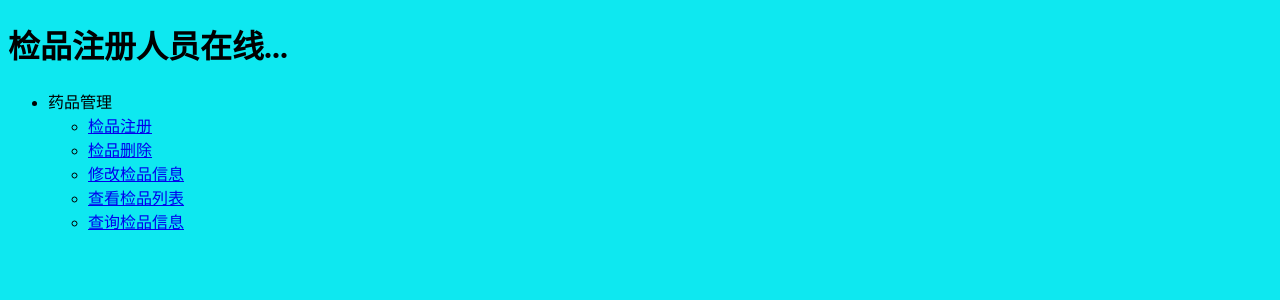
Repository: Shaoxubao/Java
Page: http://localhost/msm/jsp/sample/regi_menu.jsp
An editor plug-in stored every save of this project. The page is shown before and after the next save, followed by the edit.
The browser window is 1280 px wide. The pictures show the whole page.
The page is served by Tomcat 9. Nobody is signed in. The application's start-up code is not run. Other server files are loaded and not shown.

Above is the page before, as saved 2015-06-10 08:05:48.

### msm/WebContent/jsp/sample/regi_menu.jsp
<%@ page language="java" contentType="text/html; charset=UTF-8"
    pageEncoding="UTF-8"%>
<!DOCTYPE html PUBLIC "-//W3C//DTD HTML 4.01 Transitional//EN" "http://www.w3.org/TR/html4/loose.dtd">
<html>
<head>
<meta http-equiv="Content-Type" content="text/html; charset=UTF-8">
<title>检品注册人员</title>
</head>
<body bgcolor="＃E8E8FF">
    <h1>检品注册人员在线...</h1>
    <div>
      <ul>
        <li>药品管理</li>
        <ul>
           <!-- <li><a href="add_sample.jsp" target="main">检品注册</a></li>-->
          <li><a href="<%=request.getContextPath()%>/samplem/addsample" target="main">检品注册</a></li>
          <li><a href="<%=request.getContextPath()%>/samplem/deletesample" target="main">检品删除</a></li>
          <li><a href="<%=request.getContextPath()%>/samplem/update" target="main">修改检品信息</a></li>
          <li><a href="<%=request.getContextPath()%>/samplem/samples" target="main">查看检品列表</a></li>
          <li><a href="<%=request.getContextPath()%>/samplem/show" target="main">查询检品信息</a></li>
        </ul>
      </ul>
    </div>
</body>
</html>

After the next save:
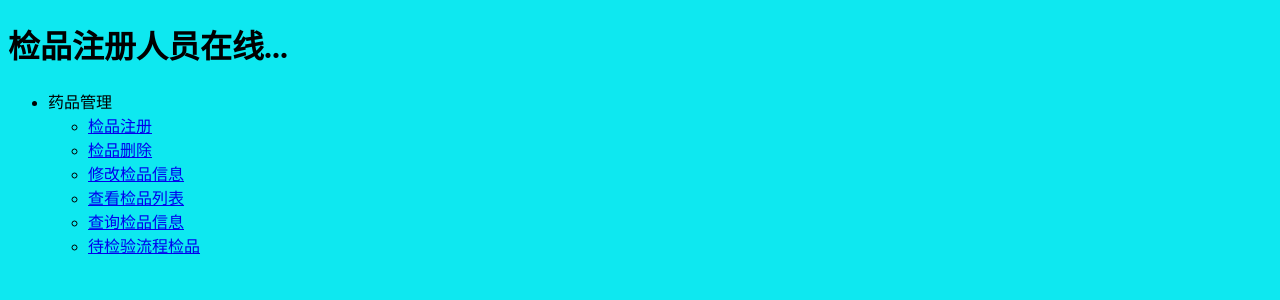
Saved 5 min 2 s later.
--- a/msm/WebContent/jsp/sample/regi_menu.jsp
+++ b/msm/WebContent/jsp/sample/regi_menu.jsp
@@ -18,6 +18,7 @@
           <li><a href="<%=request.getContextPath()%>/samplem/update" target="main">修改检品信息</a></li>
           <li><a href="<%=request.getContextPath()%>/samplem/samples" target="main">查看检品列表</a></li>
           <li><a href="<%=request.getContextPath()%>/samplem/show" target="main">查询检品信息</a></li>
+          <li><a href="<%=request.getContextPath()%>/samplem/show" target="main">待检验流程检品</a></li>
         </ul>
       </ul>
     </div>
